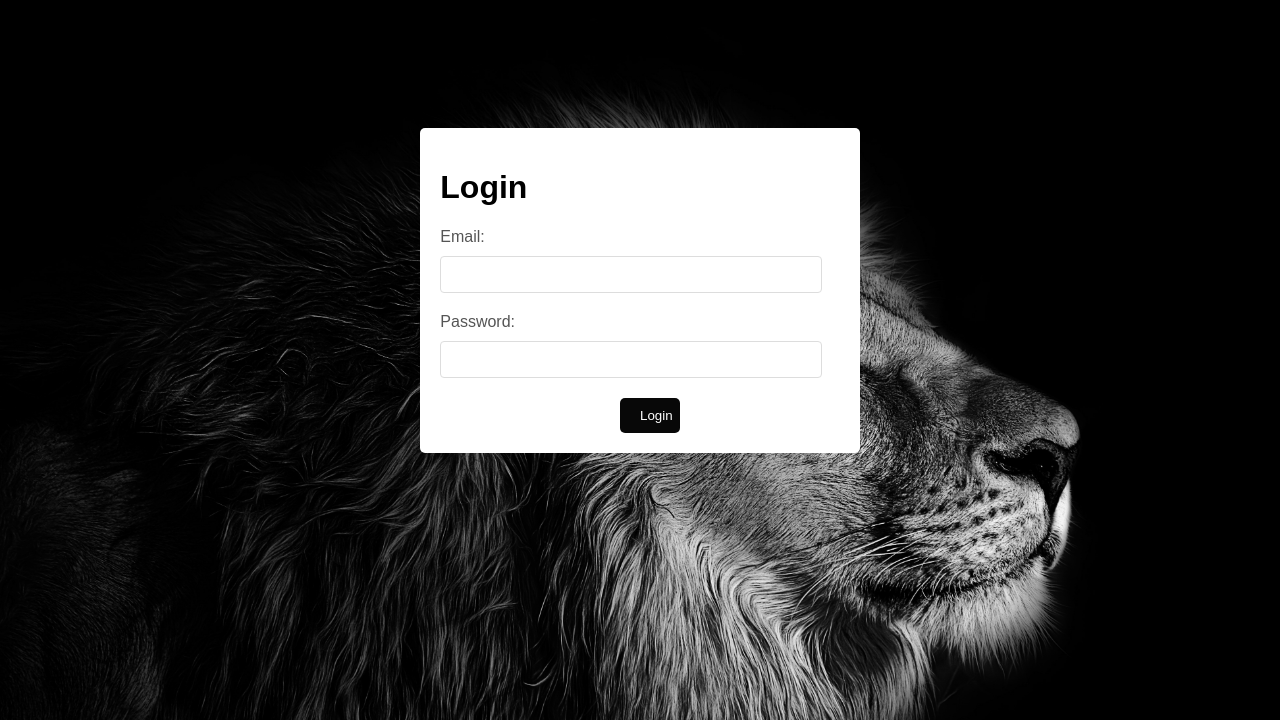
Repository: TemoshoS/User-Profile
Page: http://localhost/login
These files come from the project's save history. The page is drawn as it stood at one moment and after a run of saves; the edit follows.
The browser window is 1280 px wide. The pictures show the whole page.
The page is served by the project's Node server (app.js).

Above is the page before, as saved 2023-08-02 09:05:27.

### views/login.ejs
<!DOCTYPE html>
<html>
<head>
  <title>Login Page</title>
  <link rel="stylesheet"  href="style.css">
</head>
<body style=" background-size: cover;background-image: url('./images/wallpaper-4106667.jpg');">

  <form method="post" action="/login">
    <h1>Login</h1>
    <label for="email">Email:</label>
    <input type="email" id="email" name="email" required><br>
    <label for="password">Password:</label>
    <input type="password" id="password" name="password" required><br>
    <button type="submit">Login</button>
  </form>
  <p style="color: red;"><%= message %></p>
</body>
</html>

### app.js
const express = require('express');
const session = require('express-session');
const bodyParser = require('body-parser');
const morgan = require('morgan');
const app = express();
const path = require('path');


const users = [
    {
      id: 1,
      username: 'Temosho',
      email: 'test@gmail.com',
      password: '12345678',
      images: ['messi.jpg', 'liverpool.jpeg', 'legend.jpeg'],
      videos: ['video1.mp4', 'video2.mp4', 'video3.mp4'],
    },

    {
        id: 2,
        username: 'Shaku',
        email: 'test2@gmail.com',
        password: '12345678',
        images: ['hotel-1979406.jpg', 'room-2269594.jpg', 'villa-1737168.jpg'],
        videos: ['video1.mp4', 'video2.mp4', 'video3.mp4'],
      },

      {
        id: 3,
        username: 'Tmz',
        email: 'test3@gmail.com',
        password: '12345678',
        images: ['hotel-1979406.jpg', 'room-2269594.jpg', 'villa-1737168.jpg'],
        videos: ['video1.mp4', 'video2.mp4', 'video3.mp4'],
      },

  ];


app.set('view engine', 'ejs');
// Middleware
app.use(express.static(path.join(__dirname, 'public')));

app.use(morgan('dev'));

app.use(session({
  secret: 'your_secret_key',
  resave: false,
  saveUninitialized: true,
}));

app.use(bodyParser.urlencoded({ extended: true }));
// Log the starting point of the app
console.log('Start');

function requireLogin(req, res, next) {
  if (req.session && req.session.user) {
    return next();
  } else {
    return res.redirect('/login');
  }
}

app.get('/', requireLogin, (req, res) => {
  res.redirect('/dashboard');
});

app.get('/login', (req, res) => {
  res.render('login', { message: '' });
});

//asynchronous login function
function performLogin(email, password) {
  return new Promise((resolve, reject) => {
    setTimeout(() => {
      const user = users.find(user => user.email === email && user.password === password);
      if (user) {
        resolve(user);
      } else {
        reject(new Error('Invalid credentials'));
      }
    }, 1000);
  });
}

app.post('/login', async (req, res) => {
    const { email, password } = req.body;

    try {
      const user = await performLogin(email, password);
      req.session.user = user;
      res.redirect('/dashboard');
    } catch (error) {
      res.render('login', { message: 'Invalid credentials, please try again.' });
    }
  });


  app.get('/dashboard', requireLogin, (req, res) => {
    getUserImages(req.session.user.id)
      .then((userImages) => {
        getUserVideos(req.session.user.id)
          .then((userVideos) => {
            console.log('User Images:', userImages);
            console.log('User Videos:', userVideos);
            res.render('dashboard', { user: req.session.user, images: userImages, videos: userVideos });
          })
          .catch((error) => {
            console.log('Error fetching user videos:', error);
            res.render('dashboard', { user: req.session.user, images: userImages, videos: [] });
          });
      })
      .catch((error) => {
        console.log('Error fetching user images:', error);
        res.render('dashboard', { user: req.session.user, images: [], videos: [] });
      });
  });


// Function to get user images from the users array using Promises
  function getUserImages(userId) {
    return new Promise((resolve, reject) => {

      const user = users.find(user => user.id === userId);
      if (user) {
        resolve(user.images || []);
      } else {
        reject(new Error('User not found'));
      }
    });
  }

  // Function to get user videos from the users array using Promises with an artificial delay
  function getUserVideos(userId) {
    return new Promise((resolve, reject) => {

      const user = users.find(user => user.id === userId);
      if (user) {

        setTimeout(()=>{

             resolve(user.videos || []);
        },5000)

      } else {
        reject(new Error('User not found'));
      }
    });
  }

app.get('/logout', (req, res) => {
  req.session.destroy((err) => {
    if (err) {
      console.log(err);
    }
    res.redirect('/login');
  });
});




const port = 3000;
app.listen(port, () => {
  console.log(`Server running on port ${port}`);
});

### public/style.css
body {
  display: flex;
  flex-direction: column;
  align-items: center;
  justify-content: center;
  font-family: Arial, sans-serif;
  background-color: #f2f2f2;
  margin: 0;
  padding: 0;

}



form {
  margin-top: 10%;
  padding: 20px;
  width: 31.2%;
  background-color: #fff;
  border-radius: 5px;


}

label {
  display: block;
  margin-bottom: 10px;
  color: #555;
}

input {
  width: 90%;
  padding: 10px;
  margin-bottom: 20px;
  border: 1px solid #ddd;
  border-radius: 4px;
}

button {
  background-color: #080808;
  color: #fff;
  border: none;
  width: 15%;
  padding: 10px 20px;
  border-radius: 5px;
  cursor: pointer;
  margin-left: 45%;
}

p {
  font-weight: bold;
}

After the next 5 saves:
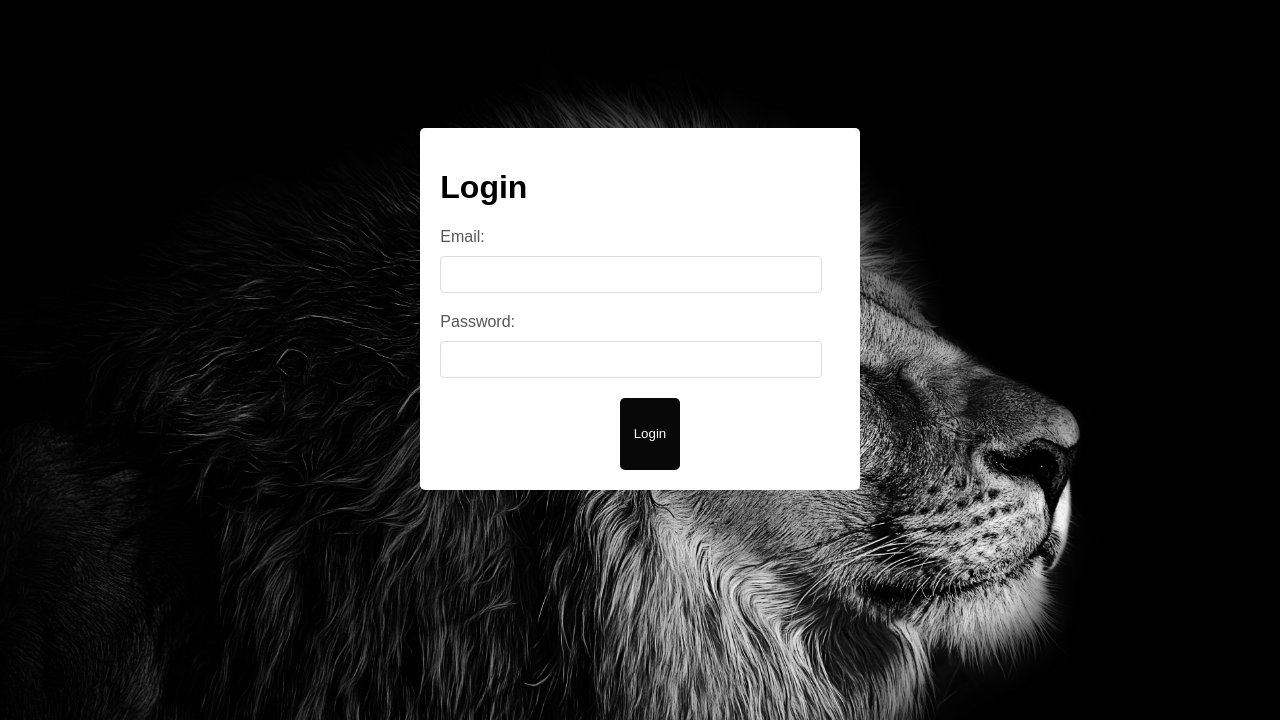
The 5 saves are shown as one change because they came seconds apart.
The last was saved 59 s later.
--- a/public/style.css
+++ b/public/style.css
@@ -41,7 +41,7 @@
   color: #fff;
   border: none;
   width: 15%;
-  padding: 10px 20px;
+  height: 10vh;
   border-radius: 5px;
   cursor: pointer;
   margin-left: 45%;

After the save that followed:
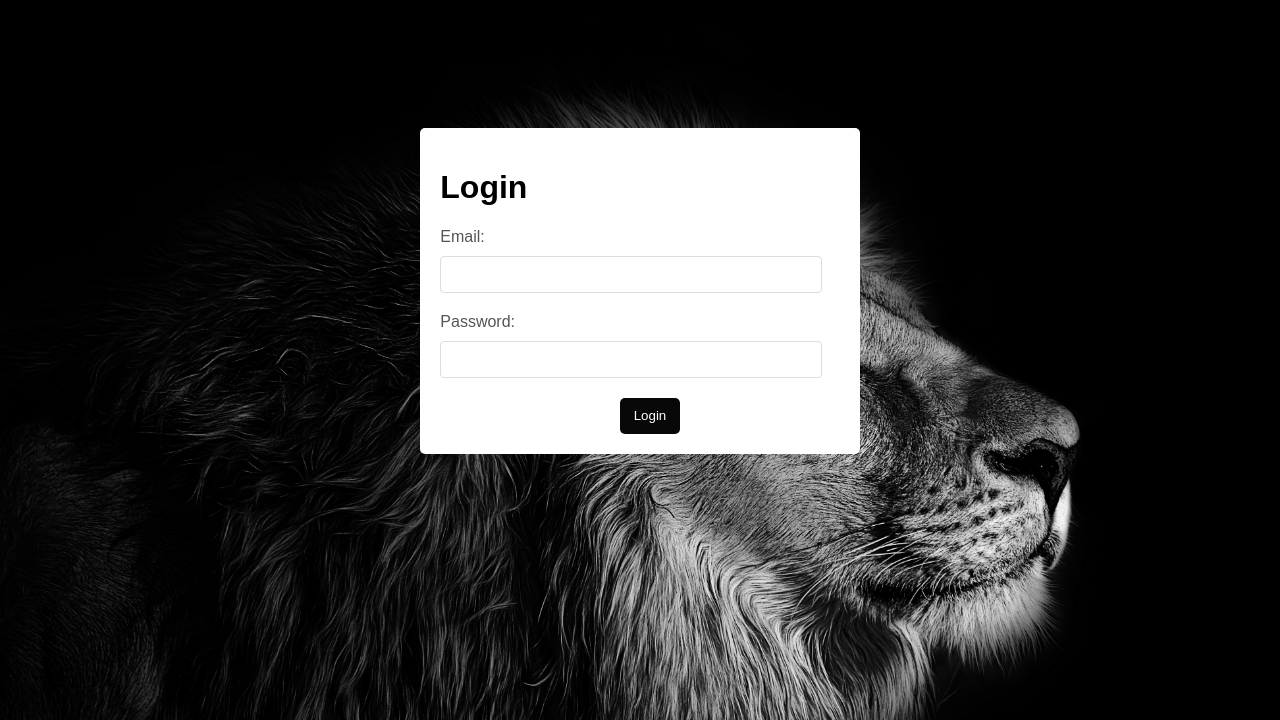
Saved 9 s later.
--- a/public/style.css
+++ b/public/style.css
@@ -41,7 +41,7 @@
   color: #fff;
   border: none;
   width: 15%;
-  height: 10vh;
+  height: 5vh;
   border-radius: 5px;
   cursor: pointer;
   margin-left: 45%;
